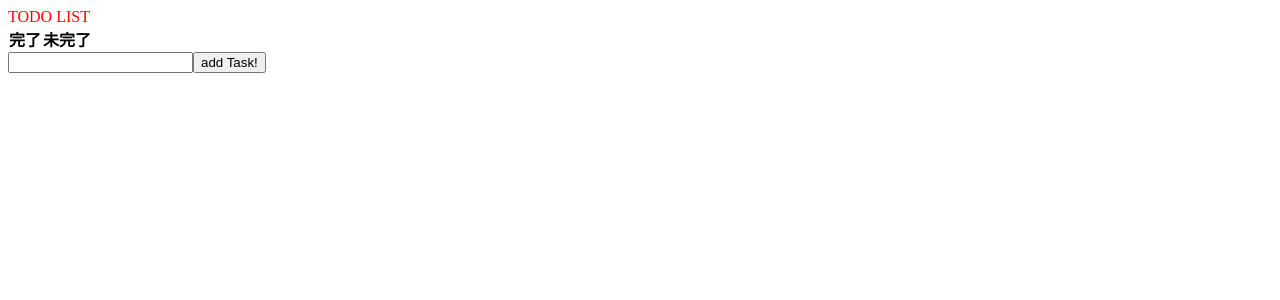
Repository: WistreHosshii/hacathon_todolList
Page: /
The author's editor kept a copy of each file at every save. The page is drawn from the files as they stood at one save, then again after the next save.
The browser window is 1280 px wide. The pictures show the whole page.
The project was rebuilt for these pictures with package versions that can differ from the ones it lists, and the page was loaded fresh each time.

Above is the page before, as saved 2019-06-09 16:01:25.

After the next save:
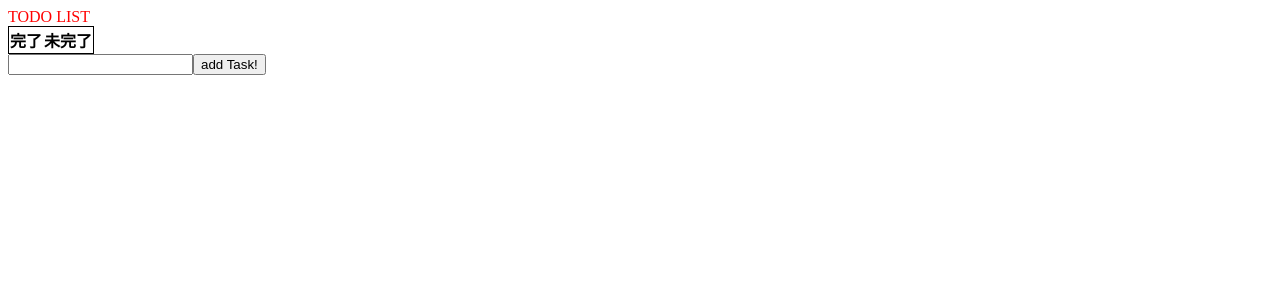
Saved 34 s later.
--- a/index.css
+++ b/index.css
@@ -8,6 +8,7 @@ table {
 }
 
 .table th,
-table td {
+table td,
+table tr {
     border: solid 1px black;
 }
